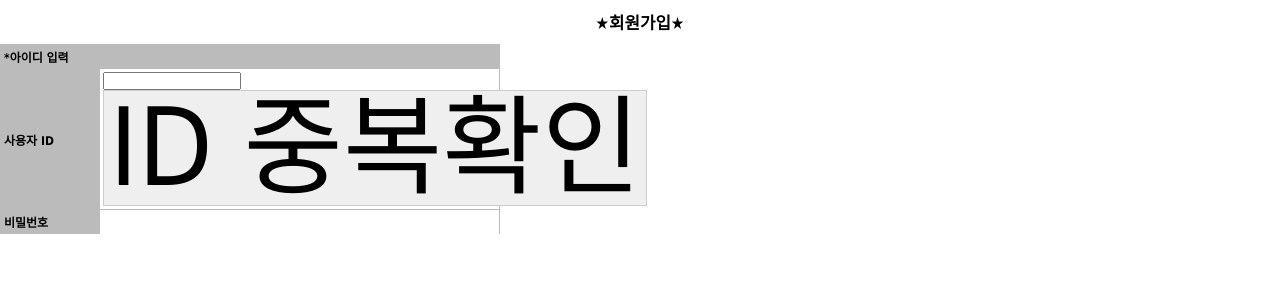
Repository: eParkjongtaek/lovedisket
Page: http://localhost/KH18_1/0904/inputForm.jsp
The author's editor kept a copy of each file at every save. The page is drawn from the files as they stood at one save, then again after the next save.
The browser window is 1280 px wide. The pictures show the whole page.
The page is served by Tomcat 9.

Above is the page before, as saved 2017-09-04 04:19:28.

After the next save:
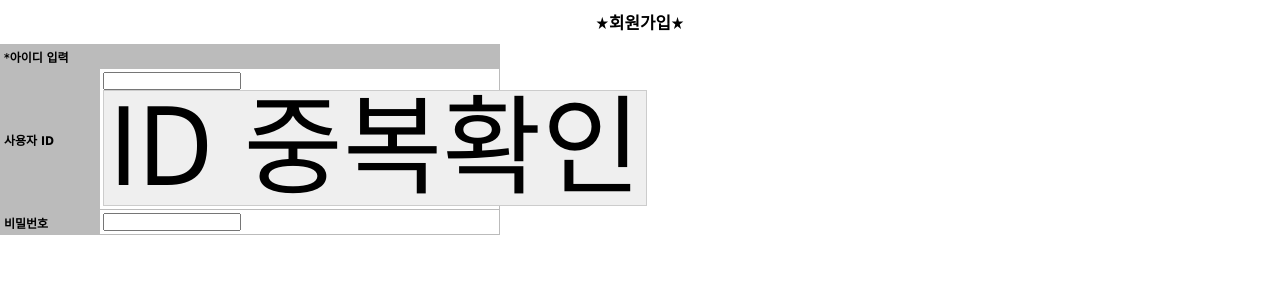
Saved 41 s later.
--- a/source/KH18_1/WebContent/0904/inputForm.jsp
+++ b/source/KH18_1/WebContent/0904/inputForm.jsp
@@ -72,6 +72,7 @@ function checkIt()
 					</td>
 					<tr>
 						<th>비밀번호</th>
+						<td><input type="password" name="passwd" maxlength="12"></td>
 					</tr>
 				</tr>
 
